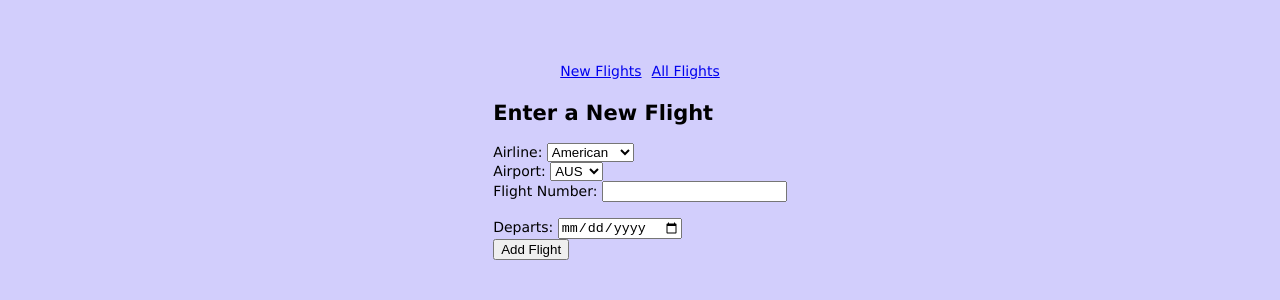
Repository: jmendoza13/mongoose-flights
Page: http://localhost/flights/new
These files come from the project's save history. The page is drawn as it stood at one moment and after the next save; the edit follows.
The browser window is 1280 px wide. The pictures show the whole page.
The page is served by the project's Node server (server.js).

Above is the page before, as saved 2022-07-19 16:12:11.

After the next save:
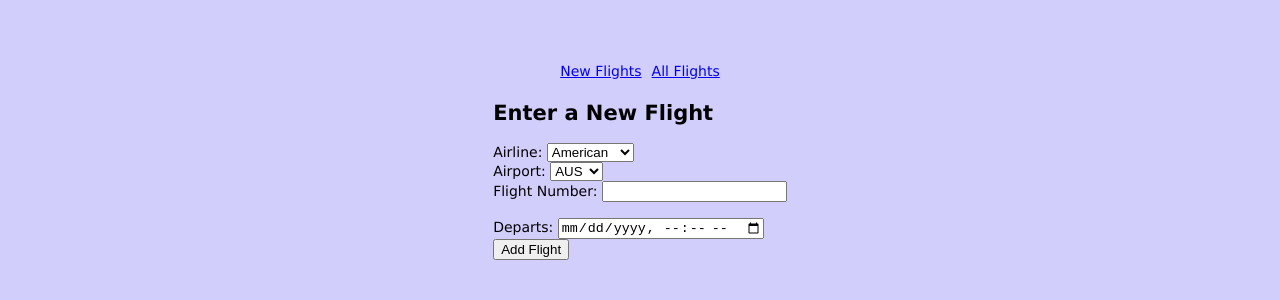
Saved 109 min 16 s later.
--- a/views/flights/new.ejs
+++ b/views/flights/new.ejs
@@ -23,7 +23,7 @@
         </label><br>
     </label><br>
     <label>Departs:
-        <input type="date" name="departs">
+        <input type="datetime-local" name="departs">
     </label><br>
     <input type="submit" value="Add Flight">
 </form>
